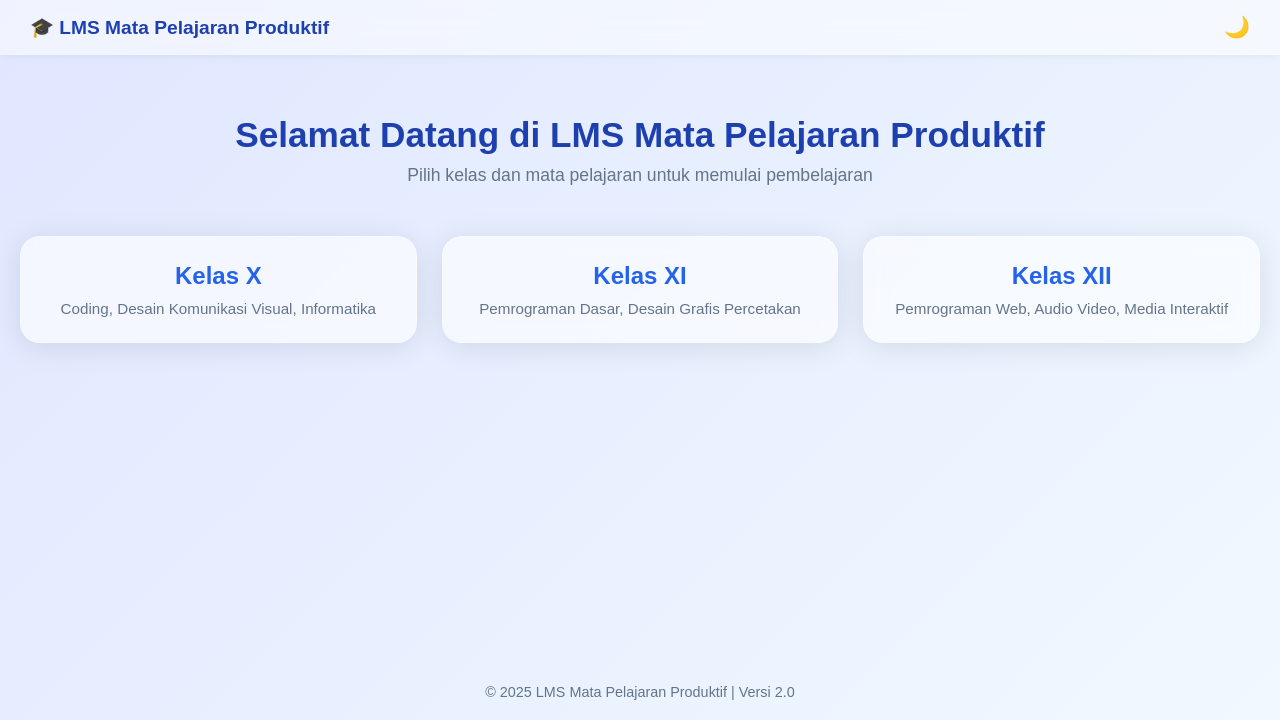
Repository: smkmutipugademak/elearning
Page: coding/index.html
These files come from the project's save history. The page is drawn as it stood at one moment and after the next save; the edit follows.
The browser window is 1280 px wide. The pictures show the whole page.

Above is the page before, as saved 2025-11-07 02:15:31.

### coding/index.html
<!DOCTYPE html>
<html lang="id">

<head>
    <meta charset="UTF-8">
    <meta name="viewport" content="width=device-width, initial-scale=1.0">
    <title>LMS Produktif | Dashboard</title>
    <link rel="stylesheet" href="home.css">
</head>

<body>
    <header class="navbar">
        <div class="logo">🎓 LMS Mata Pelajaran Produktif</div>
        <!-- Tombol dark mode akan ditambahkan otomatis lewat JS -->
    </header>

    <main class="dashboard">
        <h1>Selamat Datang di LMS Mata Pelajaran Produktif</h1>
        <p class="subtitle">Pilih kelas dan mata pelajaran untuk memulai pembelajaran</p>

        <!-- PILIH KELAS -->
        <section id="kelasSection" class="dashboard-grid">
            <div class="card kelas" data-kelas="X">
                <h2>Kelas X</h2>
                <p>Coding, Desain Komunikasi Visual, Informatika</p>
            </div>
            <div class="card kelas" data-kelas="XI">
                <h2>Kelas XI</h2>
                <p>Pemrograman Dasar, Desain Grafis Percetakan</p>
            </div>
            <div class="card kelas" data-kelas="XII">
                <h2>Kelas XII</h2>
                <p>Pemrograman Web, Audio Video, Media Interaktif</p>
            </div>
        </section>

        <!-- PILIH MAPEL -->
        <section id="mapelSection" class="hidden">
            <h2>Pilih Mata Pelajaran</h2>
            <div id="mapelList" class="dashboard-grid"></div>
            <button class="btn-back-home" id="backToKelas">← Kembali ke Pilihan Kelas</button>
        </section>

        <!-- PILIH MENU -->
        <section id="menuSection" class="hidden">
            <h2 id="selectedMapelTitle"></h2>
            <div class="dashboard-grid" id="menuList"></div>
            <button class="btn-back-home" id="backToMapel">← Kembali ke Pilihan Mapel</button>
        </section>

        <!-- PILIH BAB TRYOUT -->
        <section id="babSection" class="hidden">
            <h2>Pilih Latihan TryOut</h2>
            <div id="babList" class="dashboard-grid"></div>
            <button class="btn-back-home" id="backToMenu">← Kembali ke Menu Mapel</button>
        </section>
    </main>

    <footer class="footer">
        <p>© 2025 LMS Mata Pelajaran Produktif | Versi 2.0</p>
    </footer>

    <script src="home.js"></script>
</body>

</html>

### home.css
/* =========================================================
   🎓 LMS PRODUKTIF — MODERN GLASSMORPHIC DASHBOARD
   Versi 2.0 (by GPT-5)
   ========================================================= */

/* === ROOT THEME COLORS === */
:root {
    --primary: #2563eb;
    --primary-dark: #1e40af;
    --bg: linear-gradient(135deg, #e0e7ff, #f0f9ff);
    --card-bg: rgba(255, 255, 255, 0.6);
    --text-dark: #0f172a;
    --text-light: #64748b;
    --radius: 20px;
    --shadow: 0 4px 30px rgba(0, 0, 0, 0.1);
    --glass-blur: blur(10px);
}

/* === DARK MODE === */
body.dark {
    --bg: linear-gradient(135deg, #1e293b, #0f172a);
    --card-bg: rgba(30, 41, 59, 0.7);
    --text-dark: #f1f5f9;
    --text-light: #94a3b8;
    --primary: #60a5fa;
    --primary-dark: #3b82f6;
    --shadow: 0 6px 30px rgba(0, 0, 0, 0.6);
}

/* === GLOBAL === */
* {
    margin: 0;
    padding: 0;
    box-sizing: border-box;
}

body {
    font-family: 'Poppins', sans-serif;
    background: var(--bg);
    color: var(--text-dark);
    transition: background 0.4s ease, color 0.4s ease;
    min-height: 100vh;
    display: flex;
    flex-direction: column;
}

/* === NAVBAR === */
.navbar {
    background: rgba(255, 255, 255, 0.5);
    backdrop-filter: blur(12px);
    display: flex;
    justify-content: space-between;
    align-items: center;
    padding: 15px 30px;
    border-bottom: 1px solid rgba(255, 255, 255, 0.3);
    box-shadow: 0 2px 8px rgba(0, 0, 0, 0.05);
    position: sticky;
    top: 0;
    z-index: 10;
}

body.dark .navbar {
    background: rgba(30, 41, 59, 0.6);
}

.logo {
    font-weight: 600;
    color: var(--primary-dark);
    font-size: 1.2rem;
    display: flex;
    align-items: center;
    gap: 6px;
}

/* === DARK MODE TOGGLE === */
.toggle-dark {
    cursor: pointer;
    background: transparent;
    border: none;
    color: var(--text-dark);
    font-size: 1.3rem;
    transition: 0.3s;
}

.toggle-dark:hover {
    color: var(--primary);
}

/* === DASHBOARD === */
.dashboard {
    text-align: center;
    padding: 60px 20px;
    flex: 1;
}

.dashboard h1 {
    font-size: 2.2rem;
    color: var(--primary-dark);
    margin-bottom: 10px;
}

.subtitle {
    font-size: 1.1rem;
    color: var(--text-light);
    margin-bottom: 40px;
}

/* === GRID === */
.dashboard-grid {
    display: grid;
    grid-template-columns: repeat(auto-fit, minmax(220px, 1fr));
    gap: 25px;
    justify-content: center;
    align-items: stretch;
    padding: 10px 0 40px;
}

/* === CARD === */
.card {
    background: var(--card-bg);
    backdrop-filter: var(--glass-blur);
    border-radius: var(--radius);
    box-shadow: var(--shadow);
    border: 1px solid rgba(255, 255, 255, 0.3);
    transition: all 0.35s ease;
    cursor: pointer;
    padding: 25px 20px;
}

.card:hover {
    transform: translateY(-6px) scale(1.03);
    background: rgba(255, 255, 255, 0.9);
    box-shadow: 0 10px 25px rgba(37, 99, 235, 0.25);
}

body.dark .card:hover {
    background: rgba(30, 41, 59, 0.9);
}

.card h2,
.card h3 {
    margin: 0 0 10px;
    color: var(--primary);
    font-weight: 600;
}

.card p {
    color: var(--text-light);
    font-size: 0.95rem;
}

/* === BUTTON === */
.btn-back-home {
    background: var(--primary);
    color: white;
    border: none;
    padding: 12px 24px;
    border-radius: 14px;
    cursor: pointer;
    transition: all 0.3s ease;
    box-shadow: 0 4px 10px rgba(37, 99, 235, 0.3);
    font-size: 1rem;
}

.btn-back-home:hover {
    background: var(--primary-dark);
    transform: translateY(-3px);
}

/* === HIDDEN === */
.hidden {
    display: none;
}

/* === ANIMASI === */
.fade-in {
    animation: fadeIn 0.5s ease forwards;
}

.fade-out {
    animation: fadeOut 0.4s ease forwards;
}

@keyframes fadeIn {
    from {
        opacity: 0;
        transform: translateY(10px) scale(0.98);
    }

    to {
        opacity: 1;
        transform: translateY(0) scale(1);
    }
}

@keyframes fadeOut {
    from {
        opacity: 1;
        transform: scale(1);
    }

    to {
        opacity: 0;
        transform: scale(0.97);
    }
}

/* === FOOTER === */
.footer {
    text-align: center;
    padding: 20px 10px;
    font-size: 0.9rem;
    color: var(--text-light);
}

/* === RESPONSIVE === */
@media (max-width: 768px) {
    .dashboard {
        padding: 40px 15px;
    }

    .dashboard h1 {
        font-size: 1.8rem;
    }

    .dashboard-grid {
        grid-template-columns: repeat(auto-fit, minmax(160px, 1fr));
        gap: 18px;
    }

    .card {
        padding: 18px;
    }

    .btn-back-home {
        width: 100%;
        font-size: 0.9rem;
        padding: 10px;
    }
}

### home.js
// === Ambil elemen DOM ===
const kelasSection = document.getElementById("kelasSection");
const mapelSection = document.getElementById("mapelSection");
const mapelList = document.getElementById("mapelList");
const menuSection = document.getElementById("menuSection");
const menuList = document.getElementById("menuList");
const babSection = document.getElementById("babSection");
const babList = document.getElementById("babList");

const backToKelas = document.getElementById("backToKelas");
const backToMapel = document.getElementById("backToMapel");
const backToMenu = document.getElementById("backToMenu");

// === Data ===
const mapelPerKelas = {
    X: ["Coding", "Desain Komunikasi Visual", "Informatika"],
    XI: ["Pemrograman Dasar", "Desain Grafis Percetakan"],
    XII: [
        "Pemrograman Web dan Perangkat Bergerak",
        "Teknik Pengolahan Audio dan Video",
        "Desain Media Interaktif",
    ],
};

const babListData = ["Latihan Bab 1", "Latihan Bab 2", "Latihan Bab 3"];

// === PILIH KELAS ===
document.querySelectorAll(".kelas").forEach((card) => {
    card.addEventListener("click", () => {
        const kelas = card.getAttribute("data-kelas");
        fadeTransition(kelasSection, mapelSection);
        mapelList.innerHTML = "";

        mapelPerKelas[kelas].forEach((mapel) => {
            const div = document.createElement("div");
            div.className = "card mapel fade-in";
            div.innerHTML = `<h3>${mapel}</h3><p>Kelas ${kelas}</p>`;
            div.addEventListener("click", () => showMenu(mapel));
            mapelList.appendChild(div);
        });
    });
});

// === MENU ===
function showMenu(mapel) {
    fadeTransition(mapelSection, menuSection);
    menuList.innerHTML = "";

    const menus = [
        { nama: "Materi Teori", key: "teori" },
        { nama: "Praktikum", key: "praktikum" },
        { nama: "TryOut", key: "tryout" },
        { nama: "Kisi-Kisi", key: "kisi" },
    ];

    menus.forEach((menu) => {
        const div = document.createElement("div");
        div.className = "card menu fade-in";
        div.innerHTML = `<h3>${menu.nama}</h3><p>${mapel}</p>`;
        div.addEventListener("click", () => {
            if (menu.key === "tryout") showBab(mapel);
            else alert(`${menu.nama} untuk ${mapel} akan segera tersedia!`);
        });
        menuList.appendChild(div);
    });
}

// === BAB ===
function showBab(mapel) {
    fadeTransition(menuSection, babSection);
    babList.innerHTML = "";

    babListData.forEach((bab) => {
        const div = document.createElement("div");
        div.className = "card bab fade-in";
        div.innerHTML = `<h3>${bab}</h3><p>${mapel}</p>`;

        div.addEventListener("click", () => {
            // --- Normalisasi mapel dan bab ---
            const mapelSlug = mapel
                .toLowerCase()
                .trim()
                .replace(/\s+/g, "_"); // Contoh: "Desain Komunikasi Visual" → "desain_komunikasi_visual"

            // Ambil angka bab (misal dari "Latihan Bab 1" → "1")
            const babNumberMatch = bab.match(/\b(\d+)\b/);
            const babNumber = babNumberMatch ? babNumberMatch[1] : "1"; // default ke 1 kalau tak ada angka

            // Buat slug bab (misal "Bab 1" atau "Proyek Bab 2" → "bab1" atau "bab2")
            const babSlug = `bab${babNumber}`;

            // --- Buat path folder dan nama file ---
            const folderPath = `${mapelSlug}/${babSlug}/`;
            const targetFile = `${folderPath}latihan_${mapelSlug}_${babSlug}.html`;

            console.log(`Navigating to: ${targetFile}`); // Debugging (boleh dihapus)
            window.location.href = targetFile;
        });

        babList.appendChild(div);
    });
}


// === Transisi Halus ===
function fadeTransition(from, to) {
    from.classList.add("fade-out");
    setTimeout(() => {
        from.classList.add("hidden");
        to.classList.remove("hidden");
        to.classList.add("fade-in");
        from.classList.remove("fade-out");
    }, 300);
}

// === Tombol Kembali ===
if (backToKelas)
    backToKelas.addEventListener("click", () => fadeTransition(mapelSection, kelasSection));

if (backToMapel)
    backToMapel.addEventListener("click", () => fadeTransition(menuSection, mapelSection));

if (backToMenu)
    backToMenu.addEventListener("click", () => fadeTransition(babSection, menuSection));

// === DARK MODE TOGGLE ===
const toggle = document.createElement("button");
toggle.className = "toggle-dark";
toggle.innerHTML = "🌙";
document.querySelector(".navbar").appendChild(toggle);

toggle.addEventListener("click", () => {
    document.body.classList.toggle("dark");
    toggle.innerHTML = document.body.classList.contains("dark") ? "☀️" : "🌙";
});

After the next save:
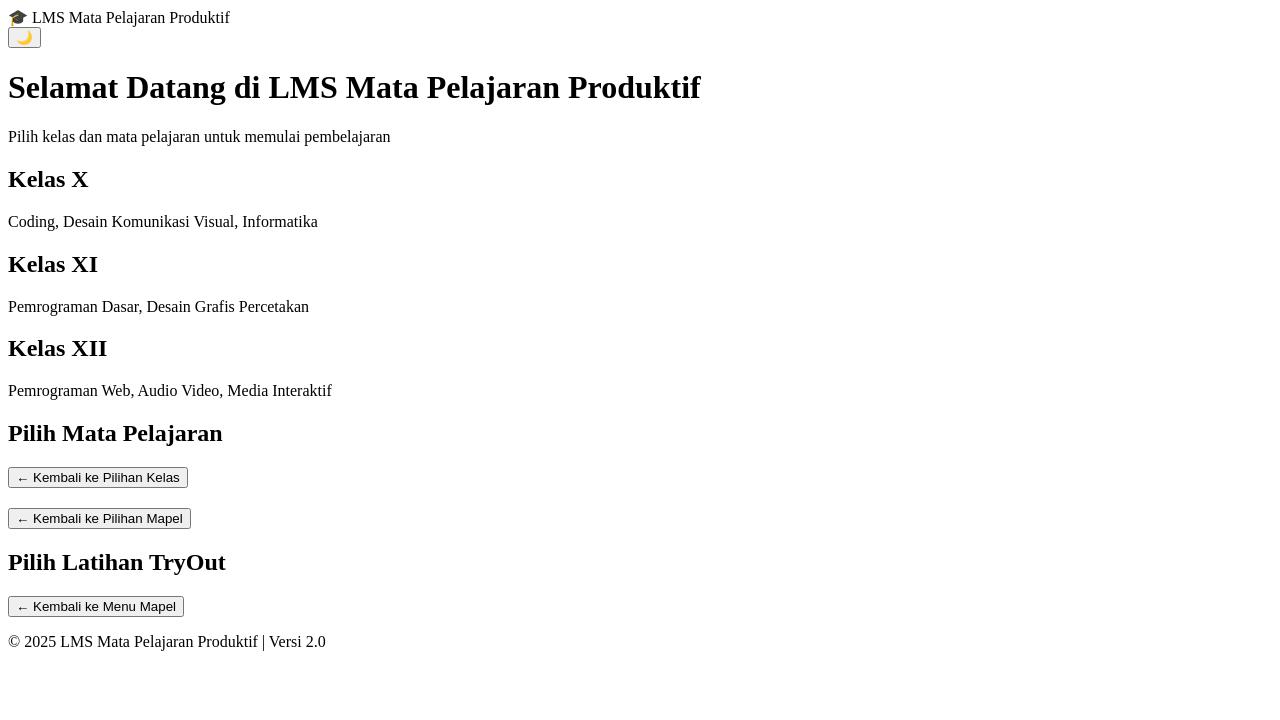
Not found: coding/chome.css
Saved 2 min 27 s later.
--- a/coding/index.html
+++ b/coding/index.html
@@ -5,7 +5,7 @@
     <meta charset="UTF-8">
     <meta name="viewport" content="width=device-width, initial-scale=1.0">
     <title>LMS Produktif | Dashboard</title>
-    <link rel="stylesheet" href="home.css">
+    <link rel="stylesheet" href="chome.css">
 </head>
 
 <body>
